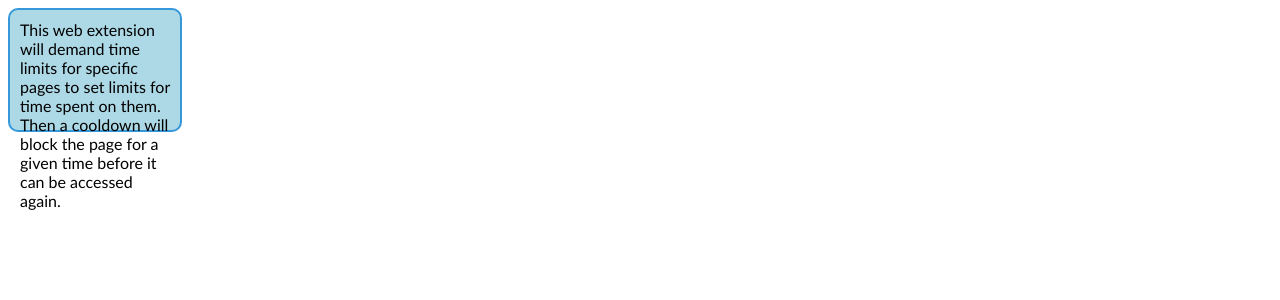
Repository: AndrlmMass/Time-management-chrome-extension
Page: popup.html
These files come from the project's save history. The page is drawn as it stood at one moment and after a run of saves; the edit follows.
The browser window is 1280 px wide. The pictures show the whole page.

Above is the page before, as saved 2023-08-22 15:16:32.

After the next 3 saves:
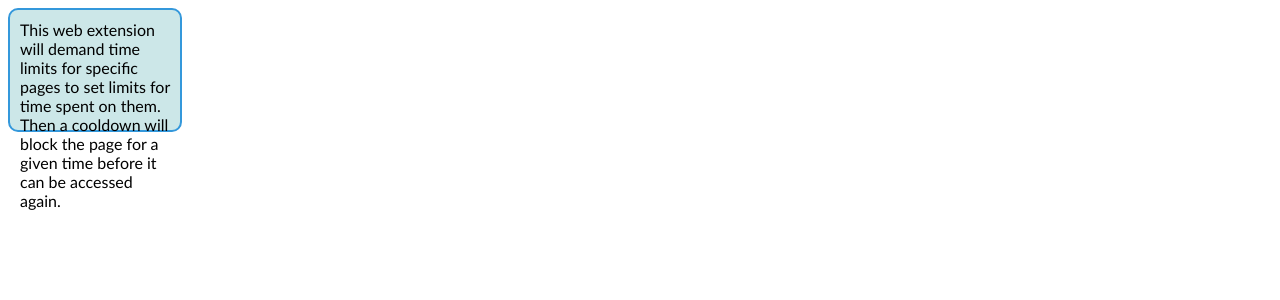
The 3 saves are shown as one change because they came seconds apart.
The last was saved 53 s later.
--- a/styles.css
+++ b/styles.css
@@ -12,7 +12,7 @@ body {
     padding: 10px; /* Add padding to create space between text and border */
     margin: 0; /* Reset margin */
     width: 300px; /* Set a fixed width for the popup container */
-    background-color: #ADD8E6; /* Background color */
+    background-color: #CCE7E8; /* Background color */
     border: 2px solid #3498db; /* Border color and thickness */
     border-radius: 10px; /* Rounded corners */
   }
